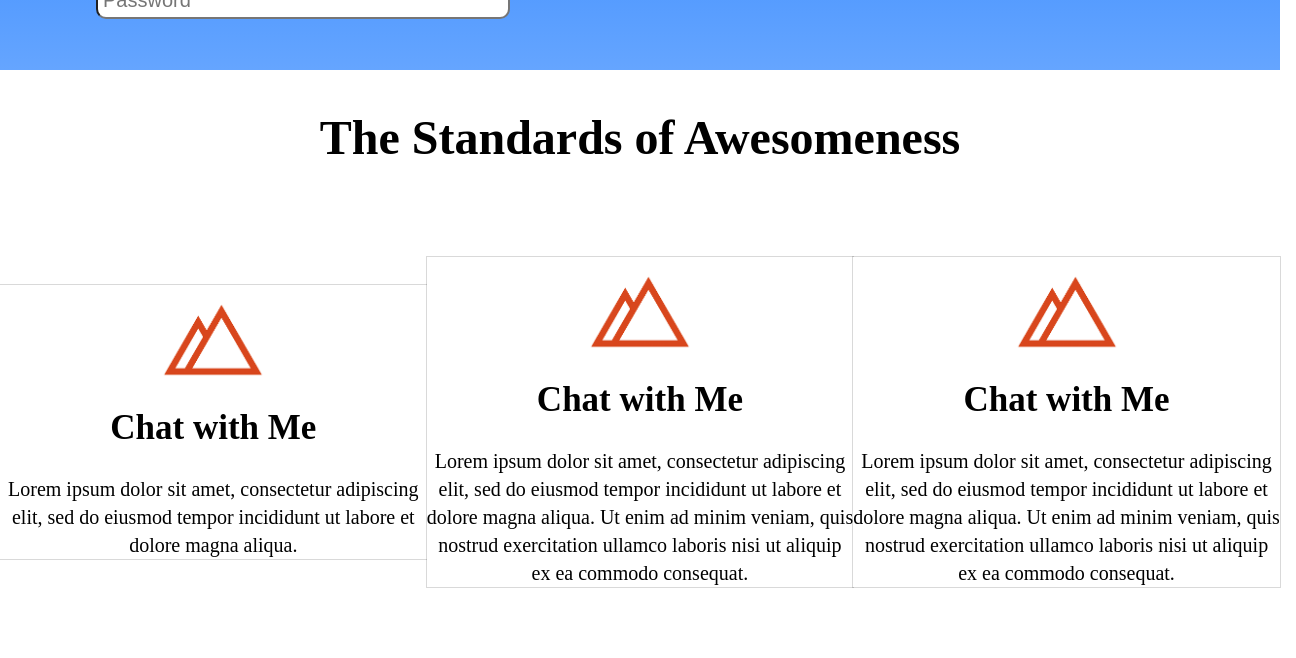
Repository: jesar-enl/My-CSS-Website
Page: index.html
An editor plug-in stored every save of this project. The page is shown before and after the next save, followed by the edit.
The browser window is 1280 px wide. The page is 1296 px wide, so the pictures cover 1296 px, including what lies to the right of the window. The pictures show the part of the page from y = 430 to 1088 px (the page is 1088 px tall).

Above is the page before, as saved 2022-07-27 13:05:59.

After the next save:
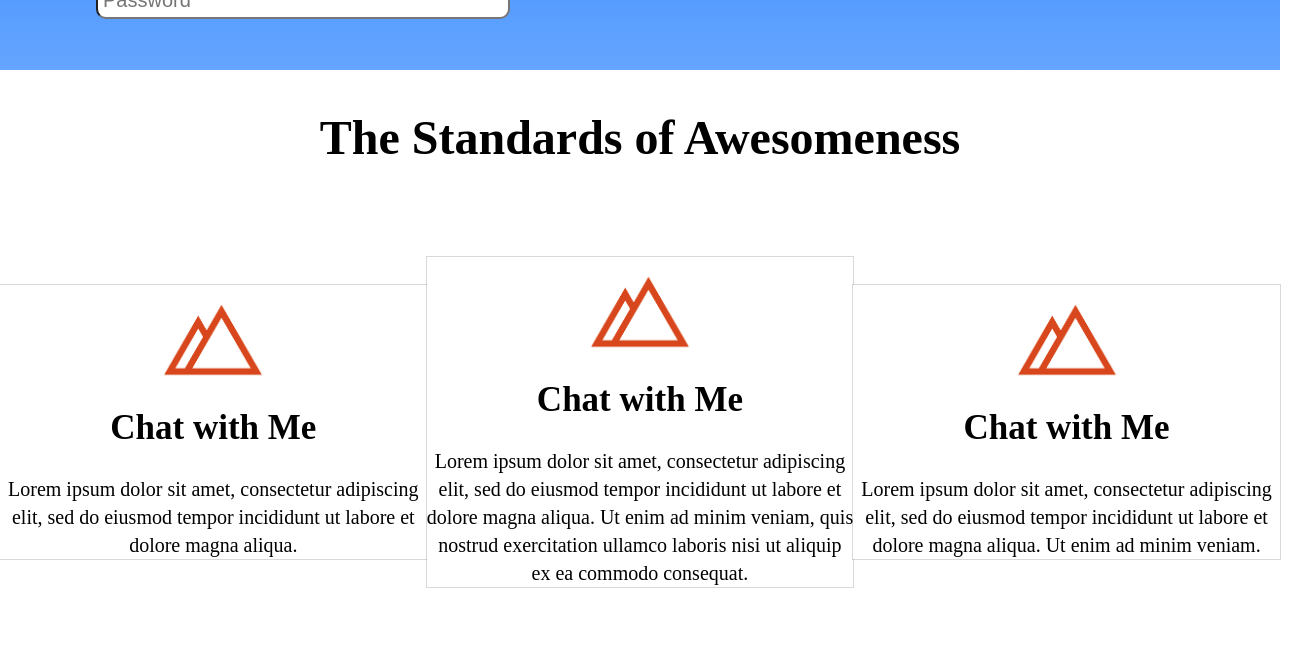
Saved 17 s later.
--- a/index.html
+++ b/index.html
@@ -114,8 +114,7 @@
             <p>
               Lorem ipsum dolor sit amet, consectetur adipiscing elit, sed do
               eiusmod tempor incididunt ut labore et dolore magna aliqua. Ut
-              enim ad minim veniam, quis nostrud exercitation ullamco laboris
-              nisi ut aliquip ex ea commodo consequat.
+              enim ad minim veniam.
             </p>
           </div>
         </div>
